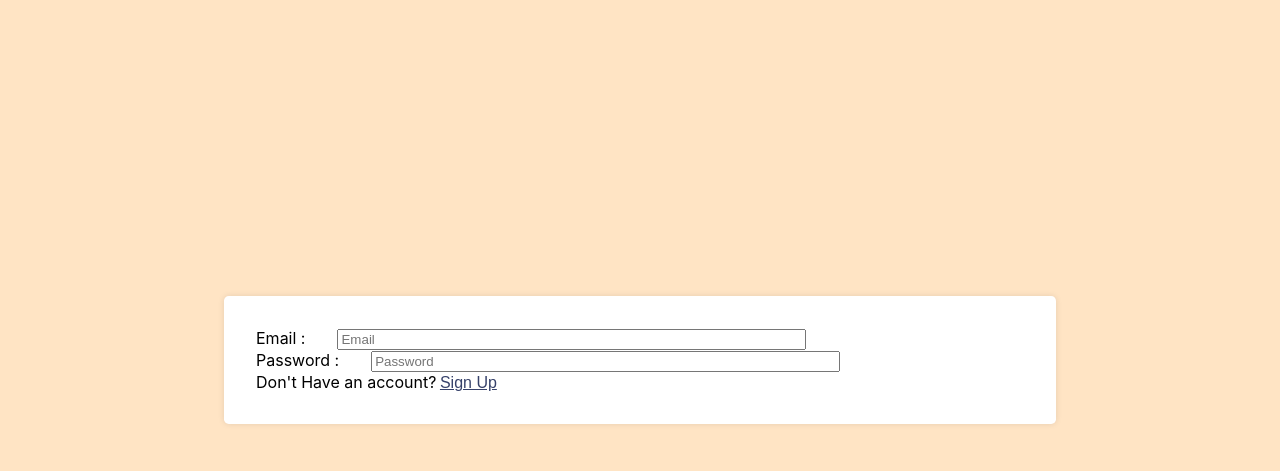
Repository: drumsmanku/test-1
Page: / (app in client/)
An editor plug-in stored every save of this project. The page is shown before and after the next save, followed by the edit.
The browser window is 1280 px wide. The pictures show the whole page.
The project was rebuilt for these pictures with package versions that can differ from the ones it lists, and the page was loaded fresh each time. Also part of the build but not shown: client/src/App.css.

Above is the page before, as saved 2023-08-31 09:51:08.

After the next save:
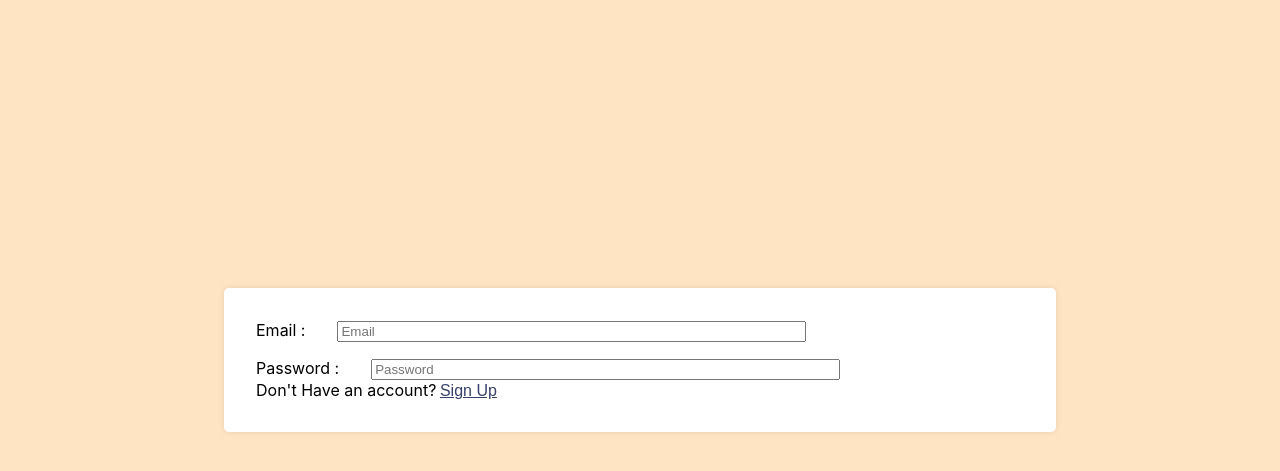
Saved 30 s later.
--- a/client/src/Components/Login/Login.js
+++ b/client/src/Components/Login/Login.js
@@ -7,7 +7,7 @@ function Login() {
 
       <div className={styles.loginContainer}>
         <form style={{ width:'100%', display:'flex', flexDirection:'column'}}>
-            <div>
+            <div style={{marginBottom:'1rem'}}>
               <label htmlFor="email">Email :</label>
               <input type="email" name='email'   placeholder='Email' style={{width:'60%',marginLeft:'2rem' }} />
             </div>
